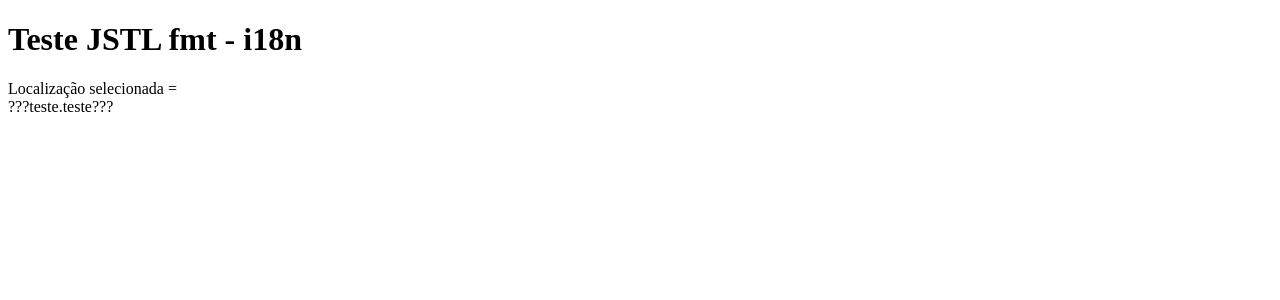
Repository: GabrielGGhost/EstudoJavaAW1-AW2
Page: http://localhost/estudos10/jsp/exemploI18N.jsp
The author's editor kept a copy of each file at every save. The page is drawn from the files as they stood at one save, then again after the next save.
The browser window is 1280 px wide. The pictures show the whole page.
The page is served by Tomcat 9.

Above is the page before, as saved 2020-10-23 17:10:00.

After the next save:
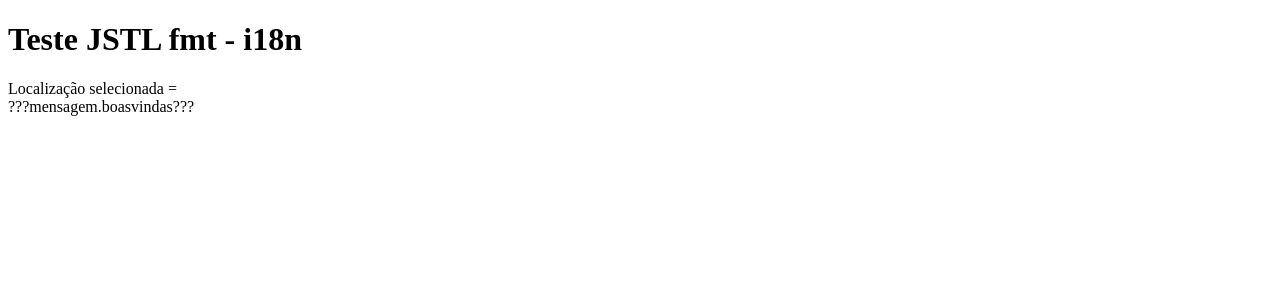
Saved 26 s later.
--- a/estudos10/WebContent/jsp/exemploI18N.jsp
+++ b/estudos10/WebContent/jsp/exemploI18N.jsp
@@ -13,7 +13,7 @@
 	Localização selecionada = ${param.language} <br/>
 	<fmt:setLocale value="{param.language}"/>
 		<fmt:bundle basename="com.estudo.bundles.${param.language}">
-			<fmt:message key="teste.teste"> </fmt:message>
+			<fmt:message key="mensagem.boasvindas"> </fmt:message>
 		</fmt:bundle>
 </body>
 </html>
